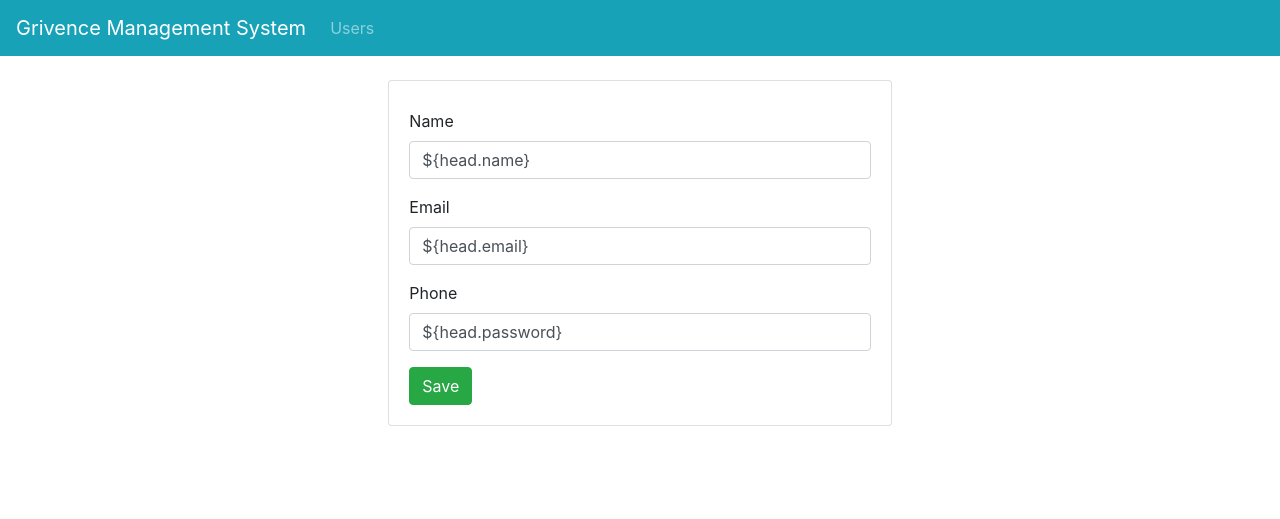
Repository: sdkattar/GMSProject
Page: http://localhost/GMS/new
These files come from the project's save history. The page is drawn as it stood at one moment and after the next save; the edit follows.
The browser window is 1280 px wide. The pictures show the whole page.
The page is served by Tomcat 9. Other server files are loaded and not shown.

Above is the page before, as saved 2020-11-08 16:59:54.

### GMS/src/main/webapp/addHead.jsp
<%@ page language="java" contentType="text/html; charset=UTF-8"
    pageEncoding="UTF-8"%>
 <%@page import="com.app.model.Head"%>
  <%@ taglib uri="http://java.sun.com/jsp/jstl/core" prefix="c"%>
        <html>

        <head>
            <title>gms</title>
            <link rel="stylesheet" href="https://stackpath.bootstrapcdn.com/bootstrap/4.3.1/css/bootstrap.min.css" integrity="sha384-ggOyR0iXCbMQv3Xipma34MD+dH/1fQ784/j6cY/iJTQUOhcWr7x9JvoRxT2MZw1T" crossorigin="anonymous">
        </head>

        <body>

            <header>
                <nav class="navbar navbar-expand-md navbar-dark bg-info">
                    <div>
                        <a href="https://www.javaguides.net" class="navbar-brand"> Grivence Management System </a>
                    </div>

                    <ul class="navbar-nav">
                        <li><a href="<%=request.getContextPath()%>/list" class="nav-link">Users</a></li>
                    </ul>
                </nav>
            </header>
            <br>
            <div class="container col-md-5">
                <div class="card">
                    <div class="card-body">
                        <c:if test="${head != null}">
                            <form action="update" method="post">
                        </c:if>
                        <c:if test="${head == null}">
                            <form action="insert" method="post">
                        </c:if>

                        <caption>
                            <h2>
                                <c:if test="${head != null}">
                                    Edit User
                                </c:if>
                                <c:if test="${head == null}">
                                    Add New User
                                </c:if>
                            </h2>
                        </caption>

                        <c:if test="${head != null}">
                            <input type="hidden" name="id" value="<c:out value='${head.userid}' />" />
                        </c:if>

                        <fieldset class="form-group">
                            <label>Name</label> <input type="text" value="<c:out value='${head.name}' />" class="form-control" name="name" required="required">
                        </fieldset>

                        <fieldset class="form-group">
                            <label>Email</label> <input type="text" value="<c:out value='${head.email}' />" class="form-control" name="email">
                        </fieldset>

                        <fieldset class="form-group">
                            <label>Phone</label> <input type="text" value="<c:out value='${head.password}' />" class="form-control" name="password">
                        </fieldset>

                        <button type="submit" class="btn btn-success">Save</button>
                        </form>
                    </div>
                </div>
            </div>
        </body>

        </html>

### GMS/src/main/java/com/app/controller/HeadServlet.java
package com.app.controller;

import java.io.IOException;
import java.sql.SQLException;
import java.util.List;

import javax.servlet.RequestDispatcher;
import javax.servlet.ServletException;
import javax.servlet.annotation.WebServlet;
import javax.servlet.http.HttpServlet;
import javax.servlet.http.HttpServletRequest;
import javax.servlet.http.HttpServletResponse;
import javax.servlet.http.HttpSession;

import com.app.dao.HeadDao;
import com.app.model.Head;

@WebServlet("/")
public class HeadServlet extends HttpServlet {
	private static final long serialVersionUID = 1L;
	private HeadDao dao;


    public void init() {
        dao = new HeadDao();
    }

    protected void doGet(HttpServletRequest request, HttpServletResponse response)
    	    throws ServletException, IOException {
    	        String action = request.getServletPath();

    	        try {
    	            switch (action) {
    	                case "/new":
    	                    showNewForm(request, response);
    	                    break;
    	                case "/insert":
    	                    insertHead(request, response);
    	                    break;
    	                case "/delete":
    	                    deleteHead(request, response);
    	                    break;
    	                case "/edit":
    	                    showEditForm(request, response);
    	                    break;
    	                case "/update":
    	                    updateHead(request, response);
    	                    break;
    	                default:
    	                    listHead(request, response);
    	                    break;
    	            }
    	        } catch (SQLException ex) {
    	            throw new ServletException(ex);
    	        }
    	    }

    private void listHead(HttpServletRequest request, HttpServletResponse response)
    	    throws SQLException, IOException, ServletException {
    	        String role = "HEAD";
				List <Head> listHead = dao.selectAllHeads(role);
    	        request.setAttribute("listHead", listHead);
    	        RequestDispatcher dispatcher = request.getRequestDispatcher("headList.jsp");
    	        dispatcher.forward(request, response);
    	    }

    private void showNewForm(HttpServletRequest request, HttpServletResponse response)
    	    throws ServletException, IOException {
    	        RequestDispatcher dispatcher = request.getRequestDispatcher("addHead.jsp");
    	        dispatcher.forward(request, response);
    	    }

    private void showEditForm(HttpServletRequest request, HttpServletResponse response)
    	    throws SQLException, ServletException, IOException {
    	        int id = Integer.parseInt(request.getParameter("userid"));
    	        Head existingHead = dao.selectHead(id);
    	        RequestDispatcher dispatcher = request.getRequestDispatcher("addHead.jsp");
    	        request.setAttribute("user", existingHead);
    	        dispatcher.forward(request, response);

    	    }
    private void insertHead(HttpServletRequest request, HttpServletResponse response)
    	    throws SQLException, IOException {
    	        String name = request.getParameter("name");
    	        String email = request.getParameter("email");
    	        String phone = request.getParameter("phone");
    	        String password = request.getParameter("password");
    	        String role = request.getParameter("role");
    	        Head newHead = new Head(name, email, phone,password,role);
    	        dao.registerHead(newHead);
    	        response.sendRedirect("list");
    	    }

    private void updateHead(HttpServletRequest request, HttpServletResponse response)
    throws SQLException, IOException {
        int id = Integer.parseInt(request.getParameter("userid"));
        String name = request.getParameter("name");
        String email = request.getParameter("email");
        String phone = request.getParameter("phone");

        Head head = new Head(id, name, email, phone);
        dao.updateHead(head);
        response.sendRedirect("list");
    }

    private void deleteHead(HttpServletRequest request, HttpServletResponse response)
    	    throws SQLException, IOException {
    	        int id = Integer.parseInt(request.getParameter("userid"));
    	        dao.deleteHead(id);
    	        response.sendRedirect("list");

    	}


	protected void doPost(HttpServletRequest request, HttpServletResponse response) throws ServletException, IOException {
		doGet(request, response);
	}

}

After the next save:
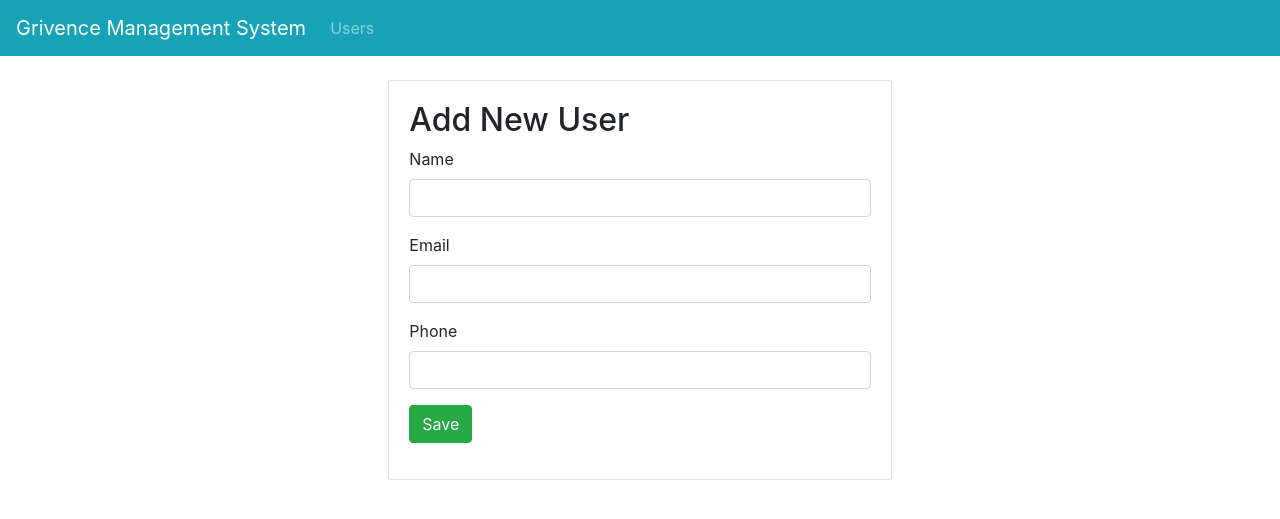
Saved 15 min 57 s later.
--- a/GMS/src/main/webapp/addHead.jsp
+++ b/GMS/src/main/webapp/addHead.jsp
@@ -1,6 +1,7 @@
 <%@ page language="java" contentType="text/html; charset=UTF-8"
     pageEncoding="UTF-8"%>
  <%@page import="com.app.model.Head"%>
+  <%@page isELIgnored="false" %>
   <%@ taglib uri="http://java.sun.com/jsp/jstl/core" prefix="c"%>
         <html>
 
